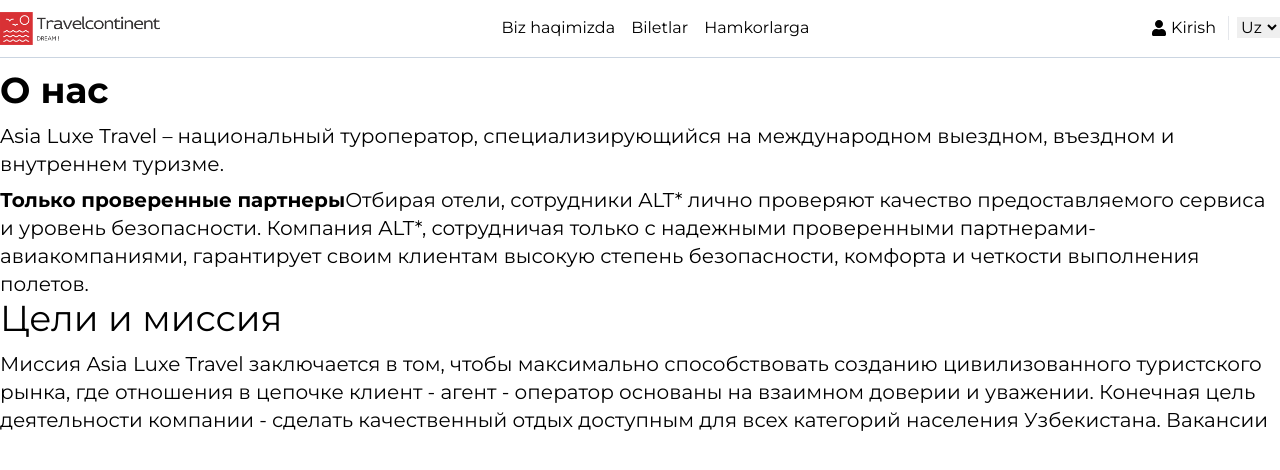
Repository: ziyodbek0300/avia-sales_
Page: /about-us
These files come from the project's save history. The page is drawn as it stood at one moment and after the next save; the edit follows.
The browser window is 1280 px wide. The pictures show the whole page.
The project was rebuilt for these pictures with package versions that can differ from the ones it lists, and the page was loaded fresh each time. Also part of the build but not shown: src/containers/home/Home.jsx.

Above is the page before, as saved 2022-06-04 00:32:48.

### src/index.js
import React from 'react';
import ReactDOM from 'react-dom/client';
import './index.scss';
import App from './App';
import { BrowserRouter } from 'react-router-dom';

// Import the functions you need from the SDKs you need
import { initializeApp } from "firebase/app";

const firebaseConfig = {
  apiKey: "AIzaSyCh8iVwHAk4edTRMCTfsixFgQGgbxiQ__o",
  authDomain: "travelcontinent-6deec.firebaseapp.com",
  projectId: "travelcontinent-6deec",
  storageBucket: "travelcontinent-6deec.appspot.com",
  messagingSenderId: "267962106998",
  appId: "1:267962106998:web:0326271bfbdab5676e8b57"
};

// Initialize Firebase
const app = initializeApp(firebaseConfig);
const root = ReactDOM.createRoot(document.getElementById('root'));
root.render(
  <React.StrictMode>
    <BrowserRouter>
      <App />
    </BrowserRouter>
  </React.StrictMode>
)

### src/index.scss
@tailwind base;
@tailwind components;
@tailwind utilities;
// font by google fonts
@import url('https://fonts.googleapis.com/css2?family=Montserrat:ital,wght@0,100;0,200;0,300;0,400;0,500;0,600;0,700;0,800;0,900;1,100;1,200;1,300;1,400;1,500;1,600;1,700;1,800;1,900&display=swap');

* {
  font-family: 'Montserrat', sans-serif;
}

code {
  font-family: source-code-pro, Menlo, Monaco, Consolas, 'Courier New',
    monospace;
}

.card-filter-courses {
  top: 5rem !important;
}

.card {
  grid-row: 1 / 3;
  background-size: cover;
  background-repeat: no-repeat;
}

/*main courses */
.main-courses {
  display: grid;
  grid-template-columns: 1fr 1fr;
  grid-template-rows: 10rem 10rem;
  grid-gap: 1rem;
}

.main-courses div:first-child {
  grid-row: 1 / 3;
}

.main-courses div {
  background-repeat: no-repeat;
  background-size: cover;
  background-image: linear-gradient(rgba(0, 0, 0, 0.1), rgba(0, 0, 0, 0.1));
  color: #fff;
}

.bg-custom {
  background: #f4f8fa !important;
}

### src/App.js
import { Route, Routes } from "react-router-dom";
import Navbar from "./components/navbar/Navbar";
import About from "./containers/about/About";
import Home from "./containers/home/Home";

function App() {
  return (
    <div>
      <Navbar />
      <Routes>
        <Route path="/" element={<Home />} />
        <Route path="/about-us" element={<About />} />
      </Routes>
    </div>
  );
}

export default App;

### src/components/navbar/Navbar.jsx
import React from 'react'
import { FaUser } from 'react-icons/fa';
import { NavLink } from 'react-router-dom';
import Logo from '../../static/images/logo.png'

function Navbar() {
    return (
        <div className='border-b border-b-slate-300 py-3'>
            <nav className=' flex justify-between items-center max-w-7xl mx-auto'>
                <div className="logo">
                    <img src={Logo} className="w-40" alt="logo" />
                </div>
                <ul className='flex gap-4'>
                    <li>
                        <NavLink to='/about-us'>Biz haqimizda</NavLink>
                    </li>
                    <li>Biletlar</li>
                    <li>Hamkorlarga</li>
                </ul>
                <ul className='flex gap-2'>
                    <li className='flex items-center border-r pr-3'>
                        <FaUser />&nbsp;Kirish
                    </li>
                    <li>
                        <select name="lang" id="lang" className='border-slate-500'>
                            <option value="uz">Uz</option>
                            <option value="uz">Ru</option>
                            <option value="uz">En</option>
                        </select>
                    </li>
                </ul>
            </nav>
        </div>
    )
}

export default Navbar

### src/containers/about/About.jsx
import React from 'react'

function About() {
    return (
        <div className='max-w-7xl mx-auto'>
            <div className='my-3'>
                <p className='text-4xl font-bold mb-3'>О нас</p>
                <p className='text-xl mb-2'>
                    Asia Luxe Travel – национальный туроператор, специализирующийся на международном выездном, въездном и внутреннем туризме.
                </p>
                <p className='text-xl'>
                    <b>Только проверенные партнеры</b>
                    Отбирая отели, сотрудники ALT* лично проверяют качество предоставляемого сервиса и уровень безопасности. Компания ALT*, сотрудничая только с надежными проверенными партнерами-авиакомпаниями, гарантирует своим клиентам высокую степень безопасности, комфорта и четкости выполнения полетов.
                </p>
                <p className='text-4xl font-normal mb-3'>Цели и миссия</p>
                <p className='text-xl'>
                    Миссия Asia Luxe Travel заключается в том, чтобы максимально способствовать созданию цивилизованного туристского рынка, где отношения в цепочке клиент - агент - оператор основаны на взаимном доверии и уважении. Конечная цель деятельности компании - сделать качественный отдых доступным для всех категорий населения Узбекистана.
                    Вакансии
                </p>
            </div>
        </div>
    )
}

export default About

Loaded but not shown: public/index.html (common file); tailwind.config.js (common file)

After the next save:
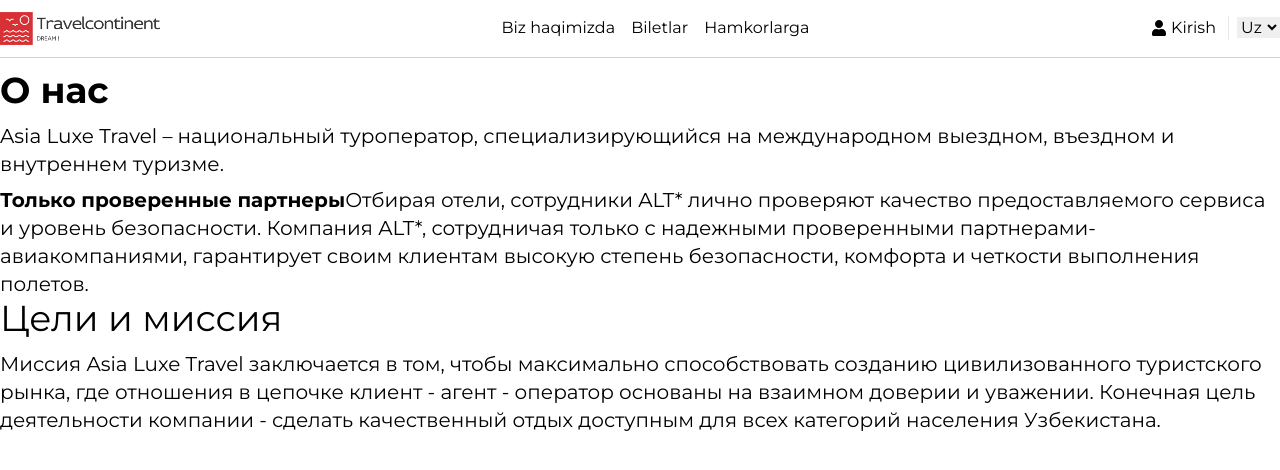
Saved 4 s later.
--- a/src/containers/about/About.jsx
+++ b/src/containers/about/About.jsx
@@ -15,7 +15,6 @@
                 <p className='text-4xl font-normal mb-3'>Цели и миссия</p>
                 <p className='text-xl'>
                     Миссия Asia Luxe Travel заключается в том, чтобы максимально способствовать созданию цивилизованного туристского рынка, где отношения в цепочке клиент - агент - оператор основаны на взаимном доверии и уважении. Конечная цель деятельности компании - сделать качественный отдых доступным для всех категорий населения Узбекистана.
-                    Вакансии
                 </p>
             </div>
         </div>
